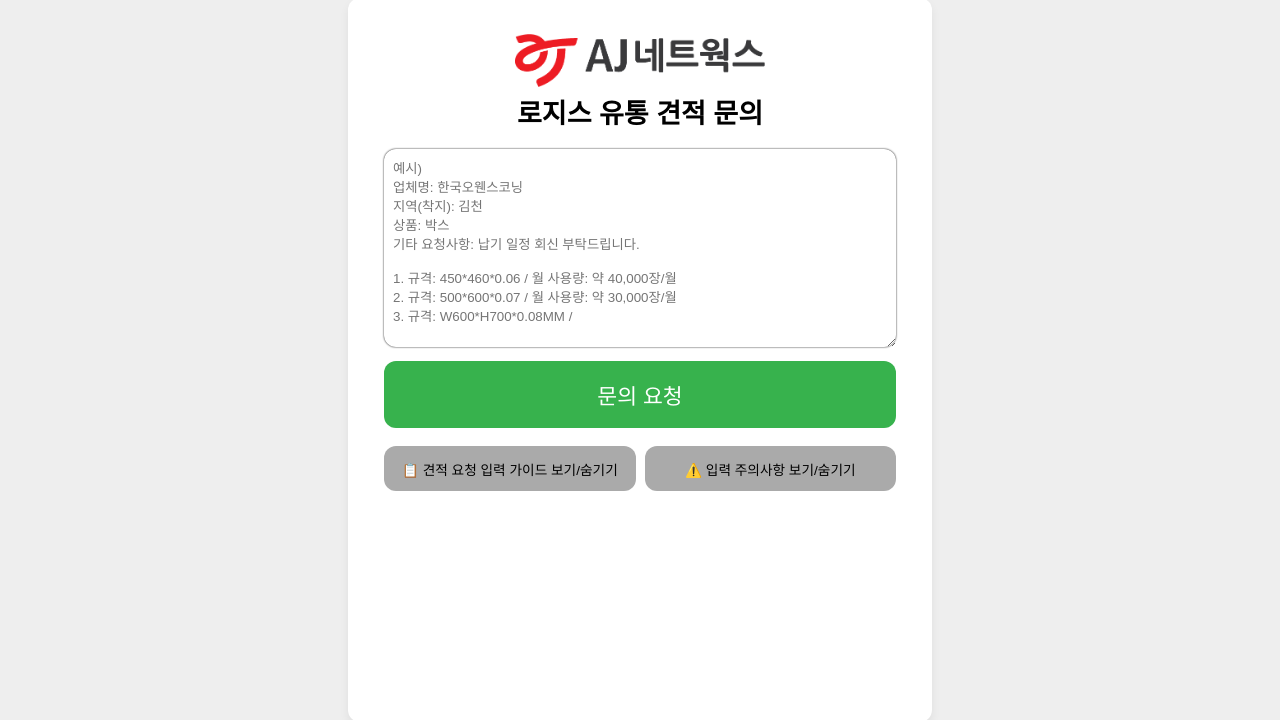
Repository: deul428/logis_test
Page: index.html
These files come from the project's save history. The page is drawn as it stood at one moment and after the next save; the edit follows.
The browser window is 1280 px wide. The pictures show the whole page.
The pointer rests on the first visible `#input_area button`.
Some web fonts or font styles are not loaded; a fallback is used.

Above is the page before, as saved 2025-09-17 10:59:53.

After the next save:
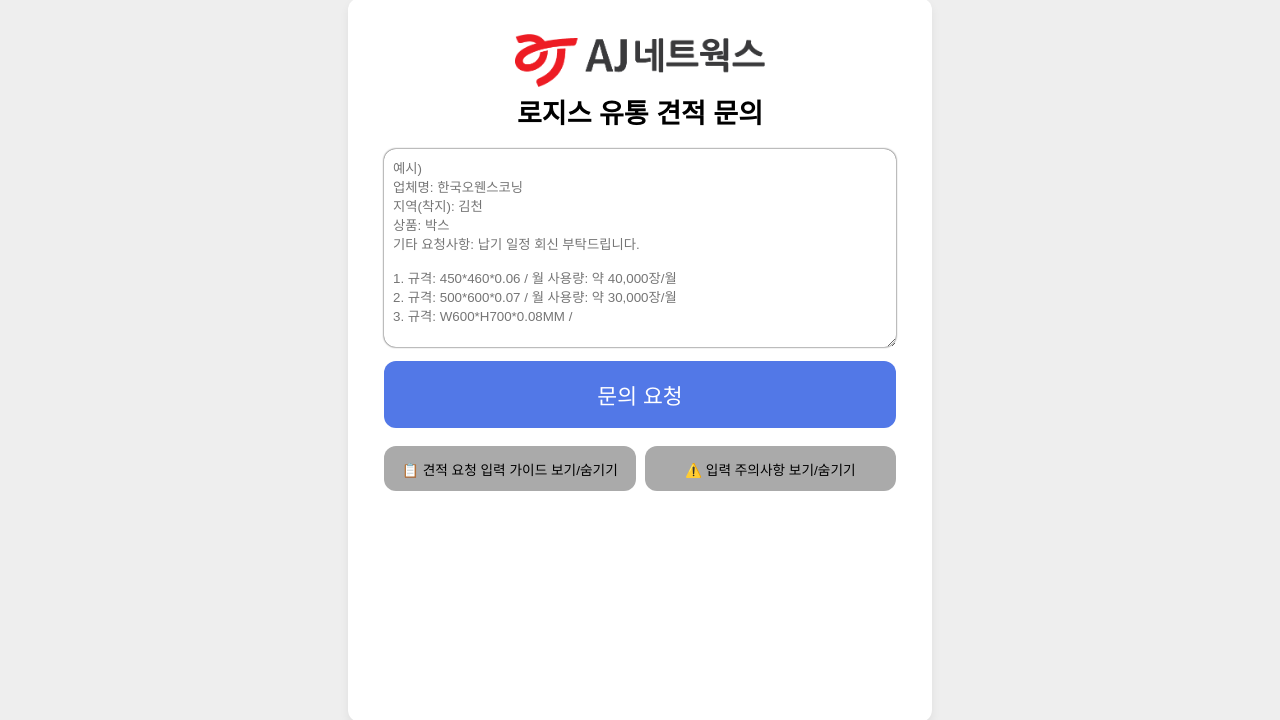
Saved 5 s later.
--- a/styles/common.css
+++ b/styles/common.css
@@ -70,7 +70,7 @@
   color: #fff;
 }
 #input_area button:hover {
-  background: #37b24d;
+  background: #5278E7;
 }
 #desc_area {
   width: 100%;
